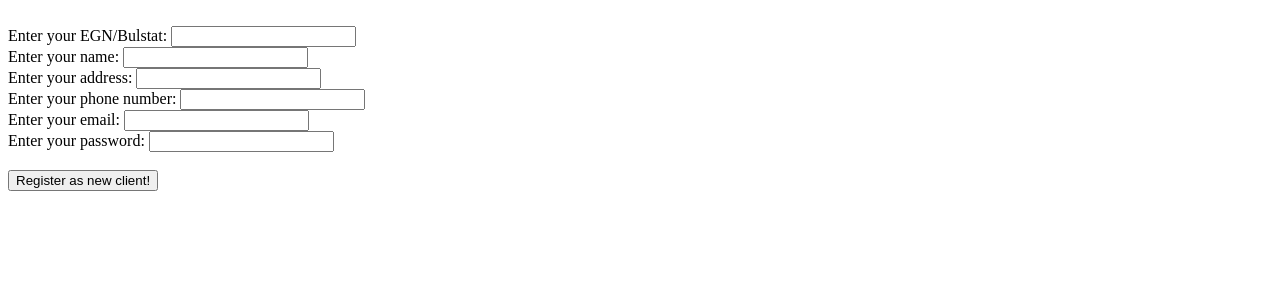
Repository: A-Mitev/E-Banking_Team_Project
Page: http://localhost/FiBank/WEB-INF/views/jsp/Register.jsp
These files come from the project's save history. The page is drawn as it stood at one moment and after the next save; the edit follows.
The browser window is 1280 px wide. The pictures show the whole page.
The page is served by Tomcat 9. Nobody is signed in. The template is opened directly, without the code that normally fills it, so the values that code supplies are empty.

Above is the page before, as saved 2016-04-05 19:46:03.

After the next save:
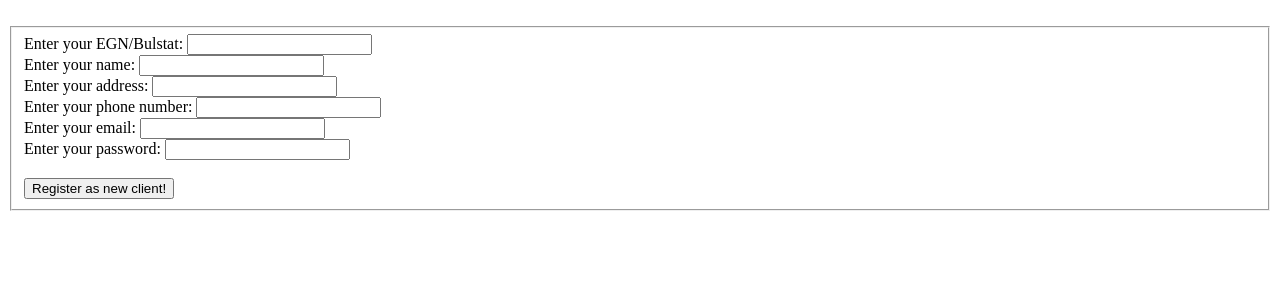
Saved 9 min 2 s later.
--- a/FiBank/src/main/webapp/WEB-INF/views/jsp/Register.jsp
+++ b/FiBank/src/main/webapp/WEB-INF/views/jsp/Register.jsp
@@ -12,8 +12,8 @@
 <body>
 	 ${text}
 	<br />
-	<div>
-	<springForm:form method="post" commandName="user">
+	<springForm:form method="post" commandName="user" >
+	<fieldset>
 		<label>Enter your EGN/Bulstat:</label>
 		<springForm:input type="text" path="id" />
 		<br />
@@ -34,7 +34,7 @@
 		<br />
 		<br />
 		<input type="submit" value="Register as new client!" />
+		</fieldset>
 	</springForm:form>
-	</div>
 </body>
 </html>
